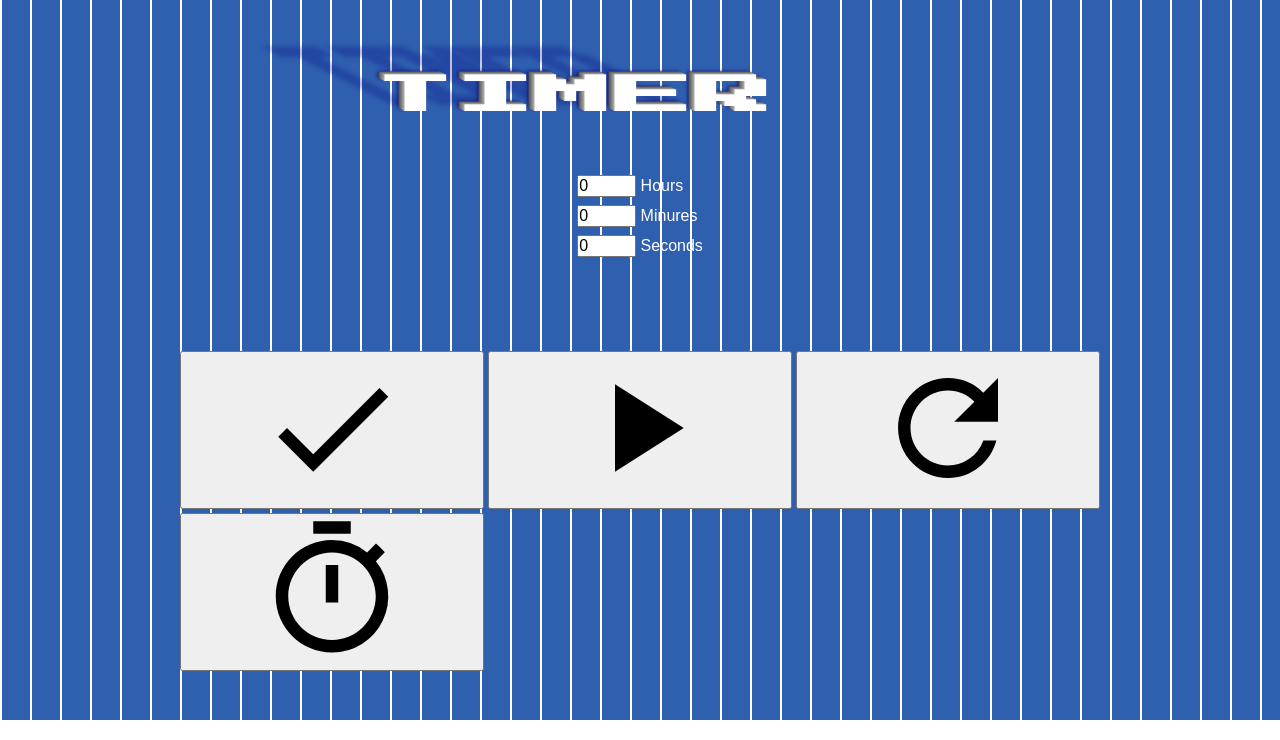
Repository: KrzysKolo/Projekt-12_Timer
Page: index.html
The author's editor kept a copy of each file at every save. The page is drawn from the files as they stood at one save, then again after the next save.
The browser window is 1280 px wide. The pictures show the whole page.
Some web fonts or font styles are not loaded; a fallback is used.

Above is the page before, as saved 2020-06-24 21:30:54.

After the next save:
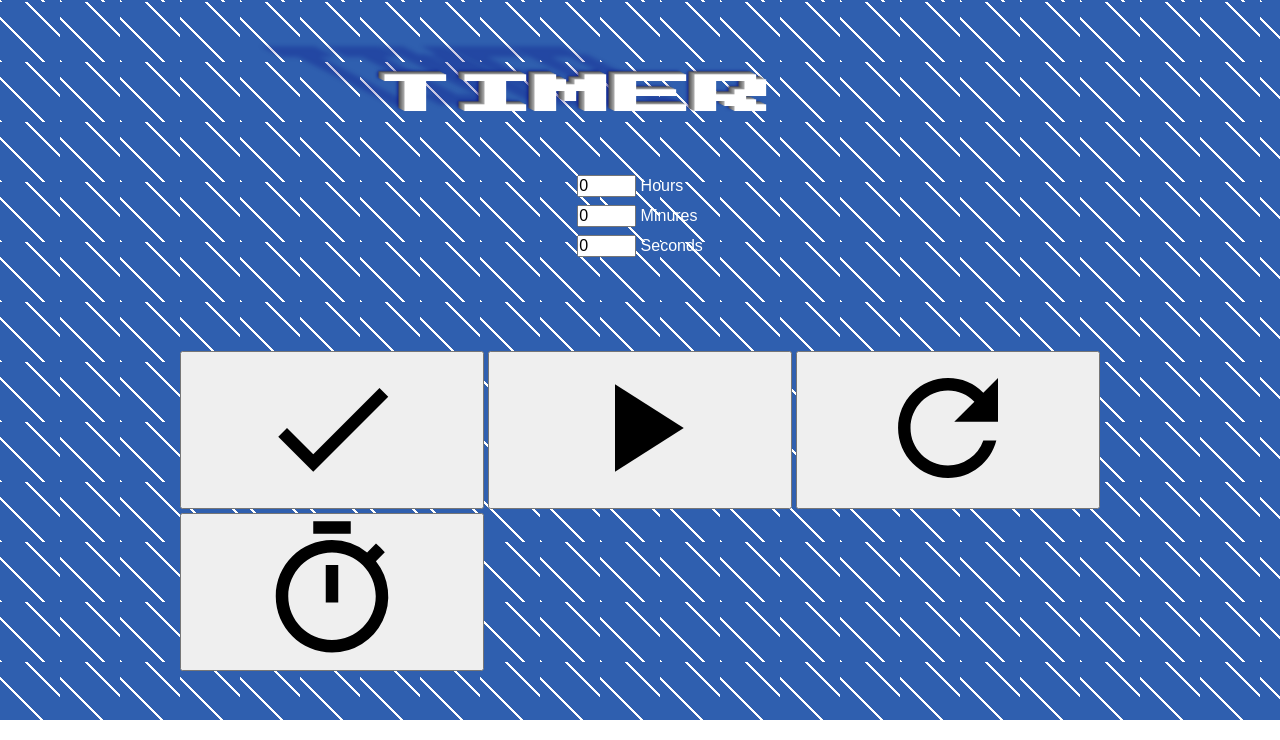
Saved 7 s later.
--- a/css/style.css
+++ b/css/style.css
@@ -26,7 +26,7 @@
     transparent 30px
   );
   background-image: repeating-linear-gradient(
-    90deg,
+    45deg,
     #fff,
     #fff 2px,
     transparent 1px,
